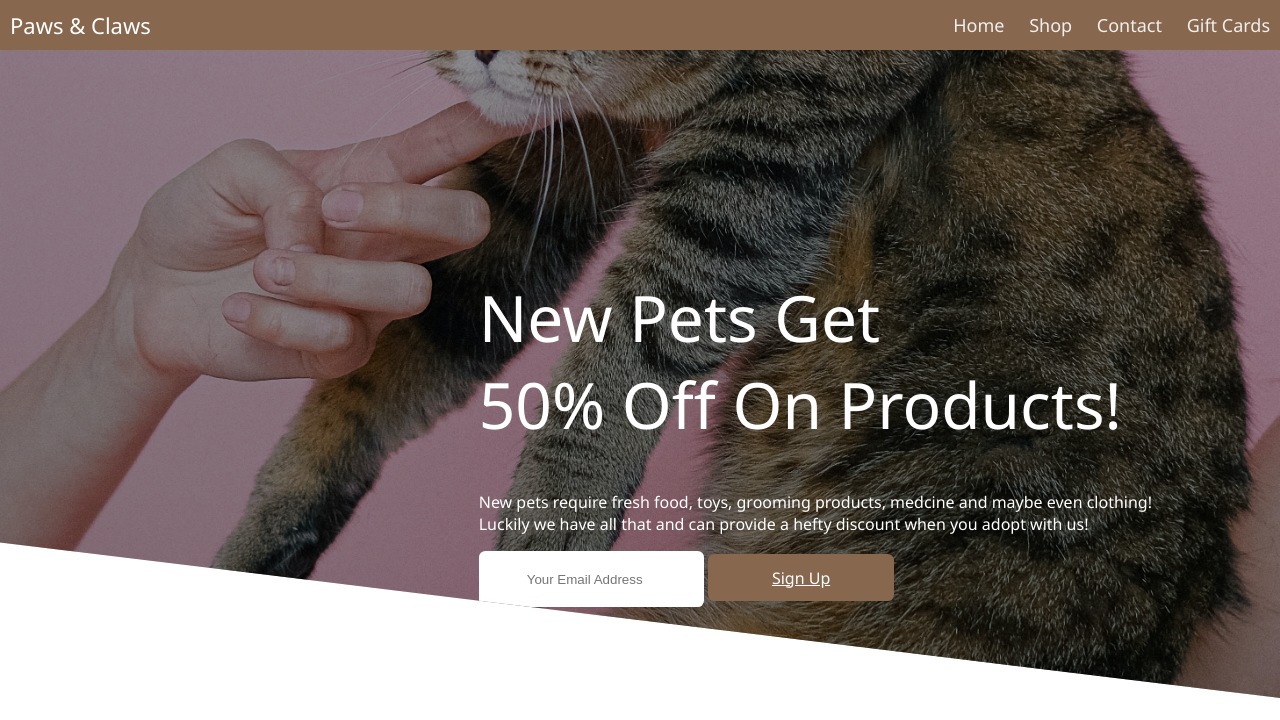
Repository: LtGriff/petProject
Page: dist/about.html
An editor plug-in stored every save of this project. The page is shown before and after a run of saves, followed by the edit.
The browser window is 1280 px wide. The pictures show the whole page.

Above is the page before, as saved 2022-05-19 07:38:36.

### dist/about.html
<!DOCTYPE html>
<html lang="en">
<head>
    <meta charset="UTF-8">
    <meta http-equiv="X-UA-Compatible" content="IE=edge">
    <meta name="viewport" content="width=device-width, initial-scale=1.0">
    <link rel="stylesheet" type="text/css" href="../CSS/about.css">
    <title>About the Animal House</title>
</head>
<body>
<!-------------NAV***************BAR----------------------->

    <div class="nav">
        <input type="checkbox" id="nav-check">
        <div class="nav-header">
          <div class="nav-title">
            Paws & Claws
          </div>
        </div>
        <div class="nav-btn">
          <label for="nav-check">
            <span></span>
            <span></span>
            <span></span>
          </label>
        </div>

        <div class="nav-links">
          <a href="index.html" target="">Home</a>
          <a href="shop.html" target="_blank">Shop</a>
          <a href="contact.html" target="_blank">Contact</a>
          <a href="giftcard.html" target="_blank">Gift Cards</a>
        </div>
      </div>

    <!-------------NAV*******BAR********END----------------------->


 <!------------------HEADER*******SECTION---------------------->


 <div class="dogfield"></div>

 <header id="header-section">
  <div class="header-text container">
      <h1>New Pets Get <br> 50%  Off On Products!</h1>
      <p>
         New pets require fresh food, toys, grooming products, medcine and maybe even clothing!<br> Luckily we have all that and can provide a hefty discount when you adopt with us!
      </p>
      <input id="userInput" type="email" placeholder="Your Email Address" required>
      <a class="cta" href="#">Sign Up</a>
      <p id="error">Please provide a valid email address</p>
  </div>
</header>










</body>
</html>

### dist/CSS/about.css
/** NAV BAR **/

* {
    box-sizing: border-box;
  }

  body {
    margin: 0px;
    font-family: 'segoe ui';
  }

  .nav {
    height: 50px;
    width: 100%;
    background-color: #87684e;

  /**
    opacity: .5;
    filter: alpha(opacity=50);
    position: relative;**/
    /* z-index: ; */


    box-shadow:
    0 2.8px 2.2px rgba(0, 0, 0, 0.034),
    0 6.7px 5.3px rgba(0, 0, 0, 0.048),
    0 12.5px 10px rgba(0, 0, 0, 0.06),
    0 22.3px 17.9px rgba(11, 4, 4, 0.072),
    0 41.8px 33.4px rgba(0, 0, 0, 0.086),
    0 100px 80px rgba(0, 0, 0, 0.12);
  }

  .nav > .nav-header {
    display: inline;
  }

  .nav > .nav-header > .nav-title {
    display: inline-block;
    font-size: 22px;
    color: #fff;
    padding: 10px 10px 10px 10px;
  }

  .nav > .nav-btn {
    display: none;
  }

  .nav > .nav-links {
    display: inline;
    float: right;
    z-index: 9;
    font-size: 18px;
  }

  .nav > .nav-links > a {
    display: inline-block;
    padding: 13px 10px 13px 10px;
    text-decoration: none;
    color: #efefef;
  }

  .nav > .nav-links > a:hover {
    background-color: rgba(0, 0, 0, 0.3);
  }

  .nav > #nav-check {
    display: none;
  }


 /** HEADER SECTION **/

#header-section{
    height: 90vh;
    background-image: linear-gradient(
        to left bottom,
        rgba(0, 0, 0, 0.4),
        rgba(0, 0, 0, 0.5)),
    url("../img/catpink.jpg");
    background-attachment: fixed;
    background-size: cover;
    background-position: center;
    position: relative;
    object-fit: scale-down;
    clip-path: polygon(0% 0%,100% 0%,100% 100%,0% 76%);

  }



  .header-text {
    position: absolute;
    top: 28%;
    right: 10%;
    color: #ffffff;
  }

  .header-text h1 {
    font-size: 4rem;
    font-weight: 500;
  }

  .header-text p {
    margin-bottom: 1rem;
  }

  #header-section input {
    width: 225px;
    height: 3.5rem;
    border-radius: 0.4rem;
    border: none;
    padding: 0.5rem 3rem;
  }

  .cta {
    background-color: #87684e;
    padding: 0.8rem 4rem;
    border-radius: 0.4rem;
    color: #fff;
    font-weight: 400;
  }

  .cta:hover {
    transform: translateY(-3px);
    box-shadow: 0 1rem 2rem rgba(0, 0, 0, .2);
  }

  .cta:active {
    transform: translateY(-1px);
    box-shadow: 0 .5rem 1rem rgba(0, 0, 0, .2);
  }

  .cta::after {
    content: "";
    display: inline-block;
    height: 100%;
    width: 100%;
    border-radius: 10rem;
    position: absolute;
    top: 0;
    left: 0;
    z-index: -1;
    transition: all .4s;
  }

  .cta:hover::after {
    transform: scaleX(1.4) scaleY(1.6);
    opacity: 0;
  }

  #error {
    color: red;
    font-weight: 600;
    display: none;
    margin-top: 1rem;
    transition: all 0.5s ease-in;
  }

@media (max-width:600px) {
    .nav > .nav-btn {
      display: inline-block;
      position: absolute;
      right: 0px;
      top: 0px;
    }
    .nav > .nav-btn > label {
      display: inline-block;
      width: 50px;
      height: 50px;
      padding: 13px;
    }
    .nav > .nav-btn > label:hover,.nav  #nav-check:checked ~ .nav-btn > label {
      background-color: rgba(0, 0, 0, 0.3);
    }
    .nav > .nav-btn > label > span {
      display: block;
      width: 25px;
      height: 10px;
      border-top: 2px solid #eee;
    }
    .nav > .nav-links {
      position: absolute;
      display: block;
      width: 100%;
      background: rgb(234,212,189);
      background: linear-gradient(7deg, rgba(234,212,189,1) 0%, rgba(204,175,140,1) 24%, rgba(191,161,124,1) 64%, rgba(135,104,78,1) 98%);
      height: 0px;
      transition: all 0.3s ease-in;
      overflow-y: hidden;
      top: 50px;
      left: 0px;
    }
    .nav > .nav-links > a {
      display: block;
      width: 100%;
    }
    .nav > #nav-check:not(:checked) ~ .nav-links {
      height: 0px;
    }
    .nav > #nav-check:checked ~ .nav-links {
      height: calc(28vh - 50px);
      overflow-y: auto;
    }

  }

After the next 4 saves:
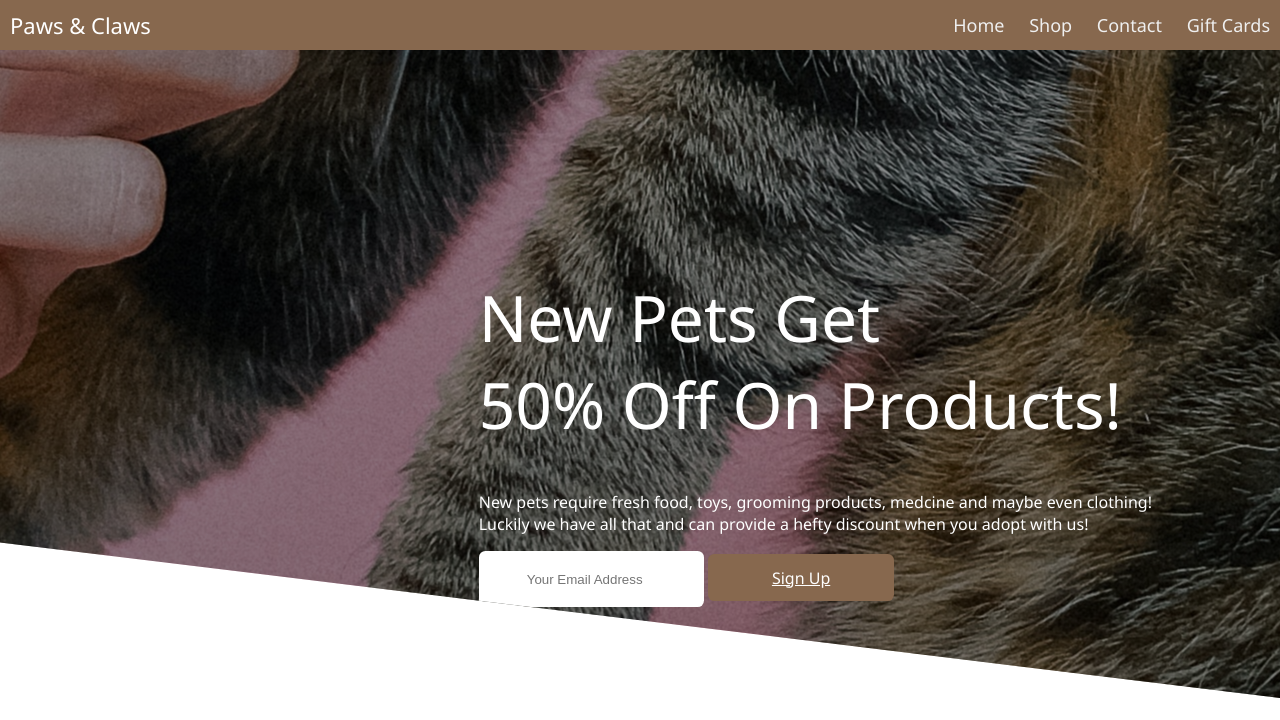
The 4 saves are shown as one change because they came seconds apart.
The last was saved 14 s later.
--- a/dist/CSS/about.css
+++ b/dist/CSS/about.css
@@ -78,7 +78,7 @@
         rgba(0, 0, 0, 0.5)),
     url("../img/catpink.jpg");
     background-attachment: fixed;
-    background-size: cover;
+    background-size: auto;
     background-position: center;
     position: relative;
     object-fit: scale-down;
